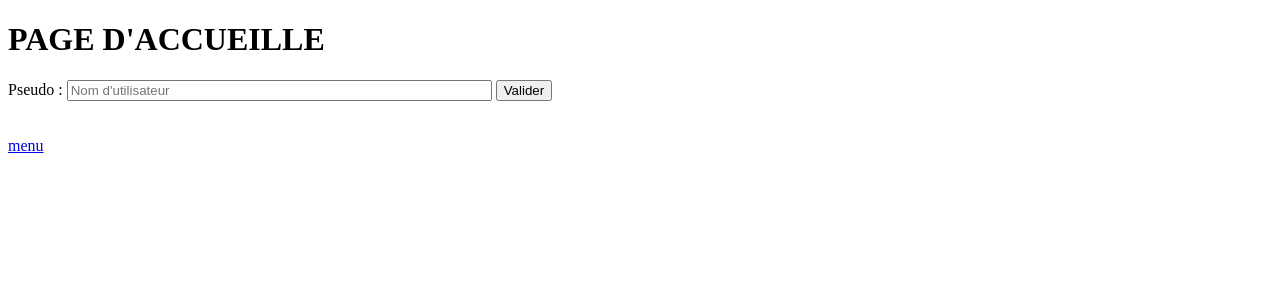
Repository: teddyruppin/GitFormateur
Page: http://localhost/JSP01/web/exercice3.jsp
An editor plug-in stored every save of this project. The page is shown before and after the next save, followed by the edit.
The browser window is 1280 px wide. The pictures show the whole page.
The page is served by Tomcat 9. Other server files are loaded and not shown.

Above is the page before, as saved 2020-01-03 15:38:12.

### src/projpoo1/JSP01/WebContent/web/exercice3.jsp
<%@ page language="java" contentType="text/html; charset=ISO-8859-1"
	pageEncoding="ISO-8859-1"%>
<%@ taglib uri="http://java.sun.com/jsp/jstl/core" prefix="c"%>
<!DOCTYPE html>
<html>
<head>
<meta charset="ISO-8859-1">
<title>Insert title here</title>
</head>
<body>

	<h1>PAGE D'ACCUEILLE</h1>
	<div class="row">
		<div class="col-auto">
			<form action="SaisirUtil" method="post" class="form">
				<label for="Nom" class="col-6 col-form-label"> Pseudo : </label>
				<input type="text" class="form-control" size="50"
					placeholder="Nom d'utilisateur" id="Mdp" name="Mdp" required>




				<input type="submit" value="Valider" class="btn btn-primary">


			</form>
		</div>
	</div>



	<br />
	<br />
	<a href='<c:url value="../index.jsp" />'> menu </a>
</body>
</html>

After the next save:
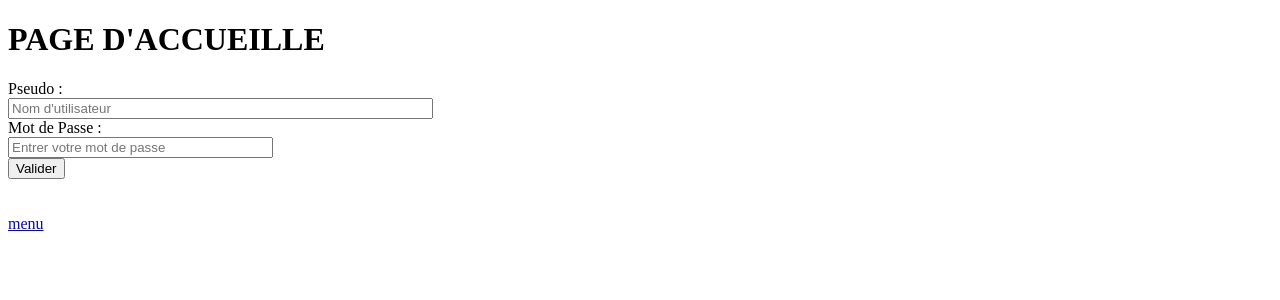
Saved 84 s later.
--- a/src/projpoo1/JSP01/WebContent/web/exercice3.jsp
+++ b/src/projpoo1/JSP01/WebContent/web/exercice3.jsp
@@ -14,10 +14,16 @@
 		<div class="col-auto">
 			<form action="SaisirUtil" method="post" class="form">
 				<label for="Nom" class="col-6 col-form-label"> Pseudo : </label>
+				<div class="col-7">
 				<input type="text" class="form-control" size="50"
 					placeholder="Nom d'utilisateur" id="Mdp" name="Mdp" required>
-
-
+				</div>
+				<label for="Mdp" class="col-5 col-form-label">Mot de Passe :</label>
+				<div class="col-7">
+				<input type="password" class="form-control" size="30" placeholder="Entrer votre mot de passe"
+				id="Mdp"
+				name="Mdp" required="required">
+				</div>
 
 
 				<input type="submit" value="Valider" class="btn btn-primary">
